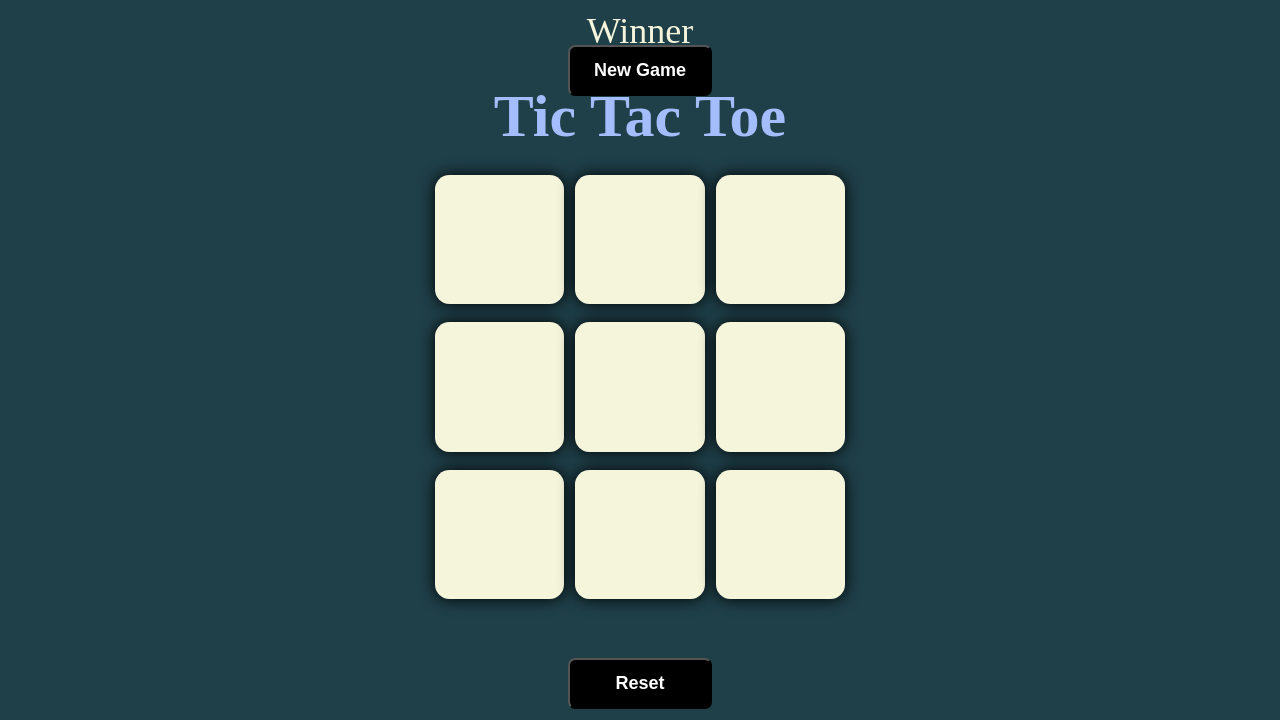
Repository: AreezAnsari/Tic-Tac-Toe
Page: Game/Game.html
An editor plug-in stored every save of this project. The page is shown before and after the next save, followed by the edit.
The browser window is 1280 px wide. The pictures show the whole page.

Above is the page before, as saved 2025-06-01 15:32:23.
Console error: TypeError: box.addEventListener is not a function

### Game/Game.html
<!DOCTYPE html>
<html lang="en">
<head>
    <meta charset="UTF-8">
    <meta name="viewport" content="width=device-width, initial-scale=1.0">
    <title>Document</title>
    <link rel="stylesheet" href="Game.css">
</head>
<body>
    <div class="msg-container">
        <p class="msg">Winner</p>
        <button class="new-btn">New Game</button>
    </div>
    <main>
        <h1>Tic Tac Toe</h1>
    <div class="container">
        <div class="game">
        <button class="box"></button>
        <button class="box"></button>
        <button class="box"></button>
        <button class="box"></button>
        <button class="box"></button>
        <button class="box"></button>
        <button class="box"></button>
        <button class="box"></button>
        <button class="box"></button>
        </div>
        </div>
        <button class="reset-btn">Reset</button>
    </main>
    <script src="Game.js"></script>
</body>
</html>

### Game/Game.css
*{
    margin: 0;
    padding: 0;
}

body{
    text-align: center;
    background-color: #1F3F49;
}
h1{
    color: #A4BDFC;
    margin-top: 10px;
    padding-bottom: 20px;
    font-size: 60px;
}
.container{
    text-align: center;
    height: 70vh;
    display: flex;
    justify-content: center;
}
.game
{
    height: 60vmin;
    width: 60vmin;
    gap: 1.5vmin;
    display: flex;
    flex-wrap: wrap;
    align-items: center;
    justify-content: center;
}
.box{
    color: black;
    background-color: beige;
    height: 18vmin;
    width: 18vmin;
    font-weight: bolder;
    font-size: xxx-large;
    border: none;
    border-radius: 2vmin;
    box-shadow: 0 0 1rem rgb(0, 0, 1);
}
.box:hover {
  color: #ff0000;
  transform: translateY(-2px);
}
.box:active {
transform: scale(0.98);
}
.reset-btn{
    margin-top: -10vmin;
    align-items: center;
    padding: 1vmin;
    font-size: 2.5vmin;
    font-weight: bold;
    background-color: black;
    color: white;
    border-radius: 1vmin;
    width: 20vmin;
    height: 7vmin;
}
.reset-btn:hover {
  color: red;
  transform: translateY(-2px);
}
.reset-btn:active {
transform: scale(0.98);
}

.new-btn{
    margin-top: -10vmin;
    align-items: center;
    padding: 1vmin;
    font-size: 2.5vmin;
    font-weight: bold;
    background-color: black;
    color: white;
    border-radius: 1vmin;
    width: 20vmin;
    height: 7vmin;
}
.new-btn:hover {
  color: red;
  transform: translateY(-2px);
}
.new-btn:active {
transform: scale(0.98);
}

.msg{
    padding: 10px;
    font-size: 5vmin;
    color: beige;
}

.msg-container{
    height: 10vmin;
}

### Game/Game.js
let box = document.querySelectorAll(".box");
let button = document.querySelector("button");
let container = document.querySelector(".container");

let value = "X";

const btn = () => {
  if (value === "X") {
    button.innerHTML = "Y";
    Value = "Y";
  } else {
    button.innerText = "X";
    Value = "X";
  }
};

box.addEventListener("click", btn);

After the next save:
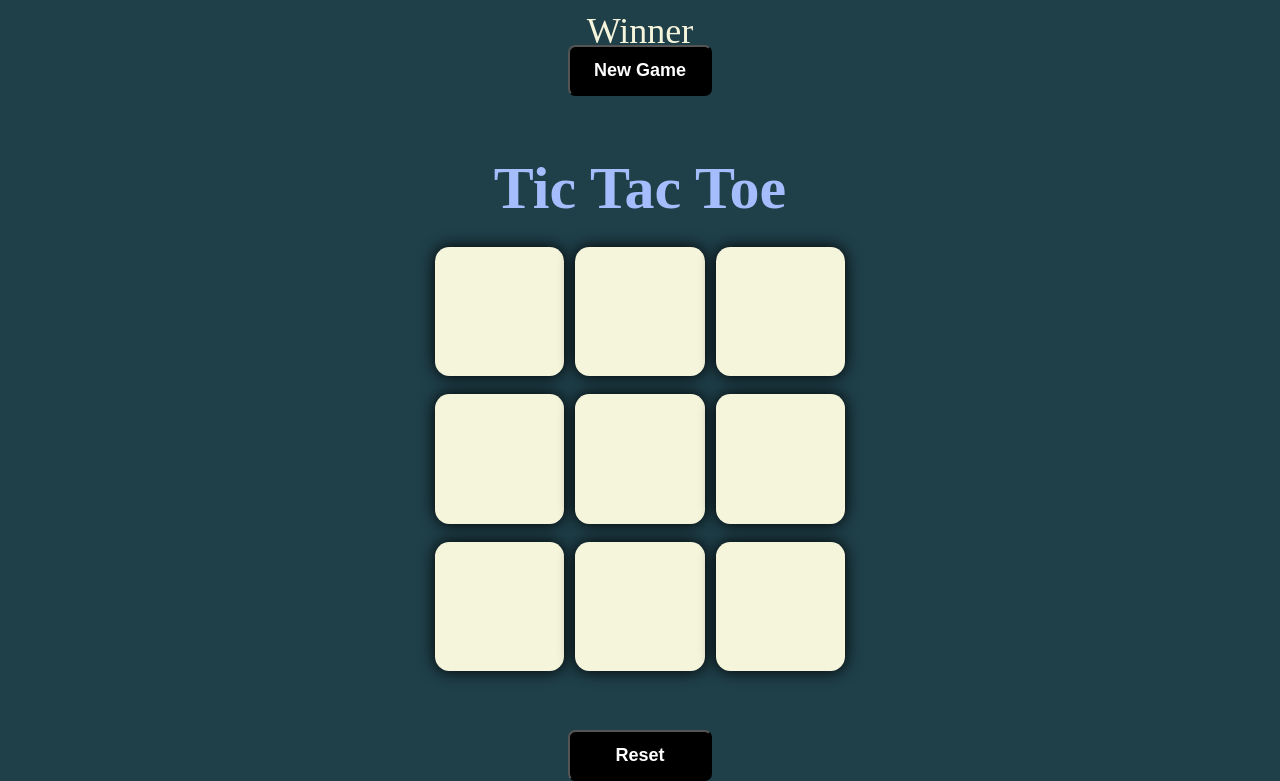
Saved 5 s later.
--- a/Game/Game.css
+++ b/Game/Game.css
@@ -94,5 +94,5 @@
 }
 
 .msg-container{
-    height: 10vmin;
+    height: 20vmin;
 }
